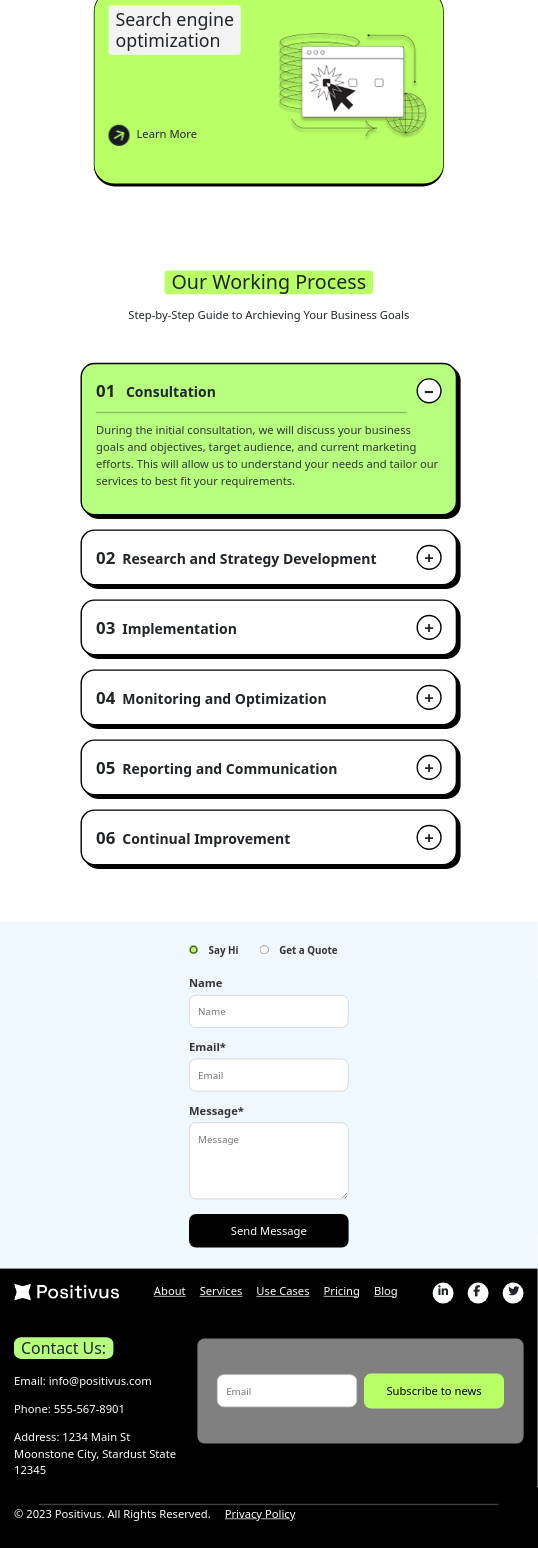
Repository: inshaabbas/CSS-Hackathon-SMIT
Page: index.html
An editor plug-in stored every save of this project. The page is shown before and after a run of saves, followed by the edit.
The browser window is 768 px wide. The pictures show the part of the page from y = 1506 to 3746 px (the page is 3718 px tall before and 3746 px after), at 70% of full size.
A picture or video elsewhere on the page could not be fetched, so the positions and the page height are approximate.

Above is the page before, as saved 2025-06-25 11:14:15.

### index.html
<!DOCTYPE html>
<html lang="en">
<head>
    <meta charset="UTF-8">
    <meta name="viewport" content="width=device-width, initial-scale=1.0">
    <title>CSS Hackathon</title>
    <!-- Bootstrap CDN -->
     <link href="https://cdn.jsdelivr.net/npm/bootstrap@5.3.7/dist/css/bootstrap.min.css" rel="stylesheet" integrity="sha384-LN+7fdVzj6u52u30Kp6M/trliBMCMKTyK833zpbD+pXdCLuTusPj697FH4R/5mcr" crossorigin="anonymous">
    <!-- Font Awesome CDN -->
     <link rel="stylesheet" href="https://cdnjs.cloudflare.com/ajax/libs/font-awesome/6.7.2/css/all.min.css" integrity="sha512-Evv84Mr4kqVGRNSgIGL/F/aIDqQb7xQ2vcrdIwxfjThSH8CSR7PBEakCr51Ck+w+/U6swU2Im1vVX0SVk9ABhg==" crossorigin="anonymous" referrerpolicy="no-referrer"/>
    <!-- External Style Sheet -->
     <link rel="stylesheet" href="./style.css">
</head>
<body>
    <!-- Header Section Starts -->
    <header class="container-xxl">
      <div class="fixed-top">
         <nav class="navbar navbar-expand-lg bg-body-tertiary">
  <div class="container-fluid">
    <a class="navbar-brand" href="#"><img src="./Assets/logo.png" alt="Logo" width="150px"></a>
    <button class="navbar-toggler" type="button" data-bs-toggle="collapse" data-bs-target="#navbarSupportedContent" aria-controls="navbarSupportedContent" aria-expanded="false" aria-label="Toggle navigation">
      <span class="navbar-toggler-icon"></span>
    </button>
    <div class="collapse navbar-collapse" id="navbarSupportedContent">
      <ul class="navbar-nav ms-auto me-3 gap-4 mb-2 mb-lg-0">
        <li class="nav-item">
          <a class="nav-link active" aria-current="page" href="#">Aboutus</a>
        </li>
        <li class="nav-item">
          <a class="nav-link active" href="#">Services</a>
        </li>
        <li class="nav-item">
          <a class="nav-link active" aria-disabled="true">User Cases</a>
        </li>
        <li class="nav-item">
          <a class="nav-link active" aria-current="page" href="#">Pricing</a>
        </li>
        <li class="nav-item">
          <a class="nav-link active" aria-current="page" href="#">Blog</a>
        </li>
      </ul>
        <button class="btn btn-outline-dark" type="submit">Request a Quote</button>
      </form>
    </div>
  </div>
</nav>
      </div>
    </header>
    <!-- Header Section Ends -->

    <!-- Hero Section Starts -->
     <section class="hero-sec container-xxl">
        <div class="hero-text">
            <h2>Navigating the digital landscape for success</h2>
            <p>Lorem ipsum dolor sit amet consectetur adipisicing elit. Nihil sapiente officia omnis rerum, vitae nesciunt ad obcaecati sint quam accusantium Lorem ipsum dolor sit amet consectetur adipisicing elit. Quaerat nobis quos soluta accusantium perspiciatis quas ducimus dicta accusamus eius, sint adipisci cum minima aliquam debitis expedita nam eos, consectetur quasi.</p>
            <button type="button" class="btn btn-dark">Book a consultation</button>
        </div>
        <div class="hero-img">
            <img src="./Assets/hero-sec-img.png" alt="Hero Section Img" width="450px" height="330px">
        </div>
     </section>
    <!-- Hero Section Ends -->

    <!-- Social Section Starts -->
     <section class="social-sec container-xxl">
       <img src="./Assets/Amazon.png" alt="Amazon">
       <img src="./Assets/Dribbble.png" alt="Dribbble">
       <img src="./Assets/Hubspot-icon-removebg-preview.png" alt="Hubspot">
       <img src="./Assets/Notion.png" alt="Notion">
       <img src="./Assets/Netflix.png" alt="Netflix" class="gray">
       <img src="./Assets/Zoom.png" alt="Zoom" class="gray">
     </section>
    <!-- Social Section Ends -->

    <!-- Service Section Starts -->
     <section class="service-sec container-xxl">
      <div class="service-head">
        <h2>Services</h2>
        <p>Lorem ipsum dolor sit amet consectetur adipisicing elit. Ad, aliquam assumenda. Perspiciatis necessitatibus ullam possimus illum consequatur dolores quasi ut.</p>
      </div>
      <div class="service-cards">
        <div class="service-card-1 hover-img">
          <div class="ser-card-1-text">
             <h3>Search engine <br> optimization</h3>
             <p><img src="./Assets/service-icon.png" alt="Service Icon" width="30px">Learn More</p>
          </div>
          <div class="ser-card-1-img">
            <img src="./Assets/Service-card-1img.png" alt="">
          </div>
        </div>
        <div class="service-card-2 hover-img">
          <div class="ser-card-2-text">
             <h3>Search engine <br> optimization</h3>
             <p><img src="./Assets/service-icon.png" alt="Service Icon" width="30px">Learn More</p>
          </div>
          <div class="ser-card-2-img">
            <img src="./Assets/Service-card-2-img.png" alt="">
          </div>
        </div>
      </div>
     </section>
    <!-- Service Section Ends -->

     <!-- Working section Starts -->
     <section class="working-section container-xxl">
      <div class="working-head">
        <h2>Our Working Process</h2>
        <p>Step-by-Step Guide to Archieving Your Business Goals</p>
      </div>
      <div class="faq-section">
  <details open>
    <summary><span><span class="number">01</span> Consultation</span> <span class="plus"></span></summary>
    <hr class="divider">
    <div class="faq-content">
      <p>During the initial consultation, we will discuss your business goals and objectives, target audience, and current marketing efforts. This will allow us to understand your needs and tailor our services to best fit your requirements.</p>
    </div>
  </details>

  <details>
    <summary><span><span class="number">02</span>Research and Strategy Development</span> <span class="plus"></span></summary>
    <hr class="divider">
    <div class="faq-content">
      We research your market and competitors to develop a custom strategy aligned with your business goals.
    </div>
  </details>

   <details>
    <summary><span><span class="number">03</span>Implementation</span> <span class="plus"></span></summary>
    <hr class="divider">
    <div class="faq-content">
      We research your market and competitors to develop a custom strategy aligned with your business goals.
    </div>
  </details>

   <details>
    <summary><span><span class="number">04</span>Monitoring and Optimization</span> <span class="plus"></span></summary>
    <hr class="divider">
    <div class="faq-content">
      We research your market and competitors to develop a custom strategy aligned with your business goals.
    </div>
  </details>

   <details>
    <summary><span><span class="number">05</span>Reporting and Communication</span> <span class="plus"></span></summary>
    <hr class="divider">
    <div class="faq-content">
      We research your market and competitors to develop a custom strategy aligned with your business goals.
    </div>
  </details>

   <details>
    <summary><span><span class="number">06</span>Continual Improvement</span> <span class="plus"></span></summary>
    <hr class="divider">
    <div class="faq-content">
      We research your market and competitors to develop a custom strategy aligned with your business goals.
    </div>
  </details>
      </div>
      </section>

    <!-- Working section Ends -->

     <!-- Contact section Starts -->
     <section class="contact-section container-xxl">
      <div class="contact-form">
        <form>
          <div class="radio-group">
            <label><input type="radio" name="purpose" checked>Say Hi</label>
            <label><input type="radio" name="purpose"> Get a Quote</label>
          </div>

          <div class="form-group">
            <label for="name">Name</label>
            <input type="text" id="name" name="name" placeholder="Name" required>
          </div>

          <div class="form-group">
            <label for="email">Email*</label>
            <input type="email" id="email" name="email" placeholder="Email" required>
          </div>

          <div class="form-group">
            <label for="message">Message*</label>
            <textarea id="message" name="message" placeholder="Message" rows="4" required></textarea>
          </div>

          <button type="submit" class="send-btn">Send Message</button>
        </form>
       </div>
      <div class="contact-image">
        <img src="./Assets/Contact-img.png" alt="Contact img" width="400px">
      </div>
     </section>

     <!-- Contact section End -->

     <!-- Footer section Starts -->

     <footer>
        <div class="top-footer">
            <div class="fot-logo">
                <img src="./Assets/Foooter-logo.png" alt="Footer logo" width="150px">
            </div>
            <div class="fot-links">
                <li><a href="#">About</a></li>
                <li><a href="#">Services</a></li>
                <li><a href="#">Use Cases</a></li>
                <li><a href="#">Pricing</a></li>
                <li><a href="#">Blog</a></li>
            </div>
            <div class="fot-icons">
                <div class="circle"><i class="fa-brands fa-linkedin-in"></i></div>
                <div class="circle"><i class="fa-brands fa-facebook-f"></i></div>
                <div class="circle"><i class="fa-brands fa-twitter"></i></div>
            </div>
        </div>

        <div class="fot-contact">
            <div class="fot-text">
                <h4>Contact Us:</h4>
                <p style="margin-top: 20px;">Email: info@positivus.com</p>
                <p>Phone: 555-567-8901</p>
                <p>Address: 1234 Main St <br> Moonstone City, Stardust State 12345</p>
            </div>
            <div class="fot-input">
                <input type="text" placeholder="Email">
                <button class="btn-sub">Subscribe to news</button>
            </div>
        </div>
        <hr>
        <div class="bot-foot">
            <p>© 2023 Positivus. All Rights Reserved.</p>
            <a href="#">Privacy Policy</a>
        </div>
     </footer>








<script src="https://cdn.jsdelivr.net/npm/@popperjs/core@2.11.8/dist/umd/popper.min.js" integrity="sha384-I7E8VVD/ismYTF4hNIPjVp/Zjvgyol6VFvRkX/vR+Vc4jQkC+hVqc2pM8ODewa9r" crossorigin="anonymous"></script>
<script src="https://cdn.jsdelivr.net/npm/bootstrap@5.3.7/dist/js/bootstrap.min.js" integrity="sha384-7qAoOXltbVP82dhxHAUje59V5r2YsVfBafyUDxEdApLPmcdhBPg1DKg1ERo0BZlK" crossorigin="anonymous"></script>
</body>
</html>

### style.css
.hover-img{
    transition: transform 0.3s ease;
}

.hover-img:hover{
    transform: scale(1.1);
}

.hero-sec{
    display: flex;
    justify-content: space-around;
    align-items: center;
    padding: 20px;
    height: 500px;
    padding-top: 80px;
}

.hero-text{
    width: 50%;
}

.hero-text h2{
    font-size: 35px;
    font-weight: bold;
}

@media screen and (max-width: 1010px) {
    .hero-img img{
        width: 350px;
        height: 300px;
    }
    .hero-sec{
        height: auto;
    }
}

@media screen and (max-width: 800px){
    .hero-sec{
        flex-direction: column;
        gap: 50px;
    }

    .hero-text{
    width: 100%;
}

.hero-img img{
    width: 300px;
    height: 250px;
}
}

/* Hero Section End */

/* Social Section Starts */
.social-sec{
    height: auto;
    display: flex;
    justify-content: center;
    align-items: center;
    gap: 40px;
    flex-wrap: wrap;
    padding: 20px;
    margin-top: 40px;
}

.social-sec img{
    width: 120px;
}

.gray{
    filter: grayscale(100%);
}

/* Social Section Ends */


/* Service Section Starts */

.service-sec{
    height: auto;
    margin-top: 40px;
    padding: 40px 10px;
}

.service-head{
    display: flex;
    margin-left: 100px;
    gap: 30px;
}

.service-head h2{
    background-color: #b9ff66;
    padding: 0px 10px;
    border-radius: 5px;
    font-size: 40px;
}

.service-head p{
    width: 600px;
}

.service-cards{
    padding-top: 40px;
    display: flex;
    justify-content: center;
    align-items: center;
    flex-wrap: wrap;
    gap: 40px;
    padding: 20px;
}

/* Card 1  */
.service-card-1{
    display: flex;
    justify-content: space-between;
    width: 500px;
    height: 280px;
    background-color: #f3f3f3;
    border-radius: 30px;
    padding: 20px;
    border-bottom: black solid 4px;
    border-top: black solid 1px;
    border-left: black solid 1px;
    border-right: black solid 1px;
}

.service-card-1 p img{
    margin-right: 10px;
}

.service-card-1 p{
    margin-top: 100px;
}

.ser-card-1-img{
    display: flex;
    justify-content: center;
    align-items: center;
}

.ser-card-1-text h3{
    background-color: #b9ff66;
    padding: 5px 10px;
    border-radius: 5px;
}

/* Card 2 */

.service-card-2{
    display: flex;
    justify-content: space-between;
    width: 500px;
    height: 280px;
    background-color: #b9ff66;
    border-radius: 30px;
    padding: 20px;
    border-bottom: black solid 4px;
    border-top: black solid 1px;
    border-left: black solid 1px;
    border-right: black solid 1px;
}

.service-card-2 p img{
    margin-right: 10px;
}

.service-card-2 p{
    margin-top: 100px;
}

.ser-card-2-img{
    display: flex;
    justify-content: center;
    align-items: center;
}

.ser-card-2-text h3{
    background-color: #f3f3f3;
    padding: 5px 10px;
    border-radius: 5px;
}

@media screen and (max-width: 865px){
    .service-head{
        flex-direction: column;
        justify-content: center;
        align-items: center;
        text-align: center;
        margin-left: 0px;
        gap: 10px;
    }

    .service-head p{
        width: 100%;
    }
}

@media screen and (max-width: 500px){
    .service-head p{
        font-size: 13px;
    }

    .service-card-2{
        height: 230px;
    }
    .ser-card-2-img img{
        width: 180px;
    }

    .ser-card-2-text h3{
        font-size: 20px;
    }

    .ser-card-2-text p{
        font-size: 13px;
    }

    .service-card-1{
        height: 230px;
    }
    .ser-card-1-img img{
        width: 180px;
    }

    .ser-card-1-text h3{
        font-size: 20px;
    }

    .ser-card-1-text p{
        font-size: 15px;
    }
}

    @media screen and (max-width: 440px){
    .service-head p{
        font-size: 10px;
    }

    .ser-card-2-img img{
        width: 120px;
    }

    .ser-card-2-text h3{
        font-size: 14px;
    }

    .ser-card-2-text p{
        font-size: 12px;
    }

    .ser-card-1-img img{
        width: 120px;
    }

    .ser-card-1-text h3{
        font-size: 14px;
    }

    .ser-card-1-text p{
        font-size: 12px;
    }
}

/* Service Section Ends*/

/* Working Section Starts */

.working-section{
    height: auto;
    margin-top: 20px;
    padding: 40px 10px;
}

.working-head{
    display: flex;
    align-items: center;
    margin-left: 100px;
    gap: 30px;
}

.working-head h2{
    background-color: #b9ff66;
    padding: 0px 10px;
    border-radius: 5px;
}

.working-head p{
    width: 100%;
    max-width: 600px;
}

.faq-section{
    display: flex;
    flex-direction: column;
    justify-content: center;
    align-items: center;
    margin-top: 40px;
    padding: 0px 10px;
}

details {
      border: 2px solid #000;
      border-radius: 20px;
      margin-bottom: 20px;
      padding: 20px;
      box-shadow: 5px 5px 0 #000;
      background-color: #fff;
      transition: all 0.3s ease;
      width: 70vw;
    }

    details[open] {
      background-color: #b6ff7f;
    }

    summary {
      list-style: none;
      cursor: pointer;
      font-weight: bold;
      font-size: 20px;
      display: flex;
      justify-content: space-between;
      align-items: center;
    }

    summary::-webkit-details-marker {
      display: none;
    }

    .number {
      font-size: 24px;
      margin-right: 10px;
    }

    .plus::after {
      content: "+";
      font-size: 24px;
      width: 36px;
      height: 36px;
      display: inline-flex;
      align-items: center;
      justify-content: center;
      border: 2px solid #000;
      border-radius: 50%;
      background: #fff;
    }

    details[open] .plus::after {
      content: "−";
    }

    .faq-content {
      margin-top: 10px;
      font-size: 16px;
      line-height: 1.5;
      color: #333;
    }

    .divider {
      display: none;
      border: none;
      border-top: 2px solid #000;
      margin: 12px 0;
    }

    details[open] .divider {
      display: block;
    }

    details[open] .faq-content {
      display: block;
    }


@media screen and (max-width: 1084px){
    .working-head{
        flex-direction: column;
        justify-content: center;
        align-items: center;
        text-align: center;
        gap: 10px;
        margin-left: 0px;
    }
}

@media screen and (max-width: 700px){
    summary span{
        font-size: 16px;
    }

    .number{
        font-size: 16px;
    }

    .plus::after{
        font-size: 20px;
        width: 25px;
        height: 25px;
    }

    details{
        width: 90vw;
    }
}

@media screen and (max-width: 420px){
    summary span{
        font-size: 13px;
    }

    .number{
        font-size: 14px;
    }
}
/* Working Section Ends */

/* Contact Section Starts */

.contact-section{
    display: flex;
    justify-content: space-between;
    height: auto;
    background-color: aliceblue;
    margin-top: 20px;
    padding: 60px 0px 40px 20px
}

.contact-form{
    width: 100%;
    margin-left: 40px;
}

.radio-group {
  display: flex;
  gap: 30px;
  margin-bottom: 20px;
  font-size: 14px;
}

.radio-group label{
  display: flex;
  align-items: center;
  gap: 15px;
  font-size: 14px;
  color: #333;
  cursor: pointer;
  /* width: 100px; */
  white-space: nowrap
}


input[type="radio"] {
  accent-color: #b9ff66;
}

.form-group {
  margin-bottom: 15px;
}

label {
  display: block;
  margin-bottom: 5px;
  font-weight: bold;
  color: #333;
}

input,
textarea {
  width: 100%;
  max-width: 500px;
  padding: 12px;
  font-size: 14px;
  border: 1px solid #ccc;
  border-radius: 10px;
  box-sizing: border-box;
}

.send-btn{
  background-color: #000;
  color: #fff;
  border: none;
  padding: 12px;
  width: 100%;
  max-width: 500px;
  border-radius: 10px;
  font-size: 16px;
  cursor: pointer;
  transition: background-color 0.3s;
}

.send-btn:hover {
  background-color: #333;
}

.contact-image {
  flex: 1;
  text-align: right;
  min-width: 300px;
  overflow-x: hidden;
}

@media screen and (max-width: 890px){
    .contact-image img {
        display: none;
    }

    .contact-section {
        flex-direction: column;
        align-items: center;
        padding: 30px 20px;
    }

    .contact-form {
        margin-left: 0;
        width: 100%;
        display: flex;
        flex-direction: column;
        align-items: center;
    }

    .form-group,
    input,
    textarea,
    .send-btn {
        width: 100%;
        max-width: 600px;
    }
}

/* Contact Section Ends*/

footer{
    height: 400px;
    background-color: #000;
    padding: 20px;
}

.top-footer{
    display: flex;
    justify-content: space-between;
}

.fot-links{
    display: flex;
    gap: 20px;
}

.fot-links li{
    list-style: none;
}

.fot-links li a{
    color: white;
    text-decoration: underline;
}

.fot-icons{
    display: flex;
    gap: 20px;
}

.fot-icons .circle{
    width: 30px;
    height: 30px;
    background-color: white;
    border-radius: 50%;
}

.fot-icons .circle i{
    margin-left: 8px;
}

.fot-contact{
    display: flex;
    justify-content: space-between;
    margin-top: 50px;
}

.fot-text h4{
    background-color: #b6ff7f;
    display: inline;
    border-radius: 10px;
    padding: 0px 10px;
}

.fot-text p{
    color: white;
}

.fot-input{
    display: flex;
    justify-content: center;
    align-items: center;
    gap: 10px;
    background-color: gray;
    width: 500px;
    height: 150px;
    border-radius: 10px;
}

.fot-input input{
    max-width: 200px;
    width: 100%;
}

.btn-sub{
    max-width: 200px;
    width: 100%;
    height: 50px;
    border-radius: 10px;
    border: none;
    background-color: #b9ff66;
}

hr{
    width: 90%;
    color: gray;
    border: 1px white solid;
    margin: 0 auto;
    margin-top: 20px;
}

.bot-foot{
    display: flex;
    gap: 20px;
}

.bot-foot p{
    color: white;
}

.bot-foot a{
    color: white;
}

@media screen and (max-width: 885px){

}

After the next 3 saves:
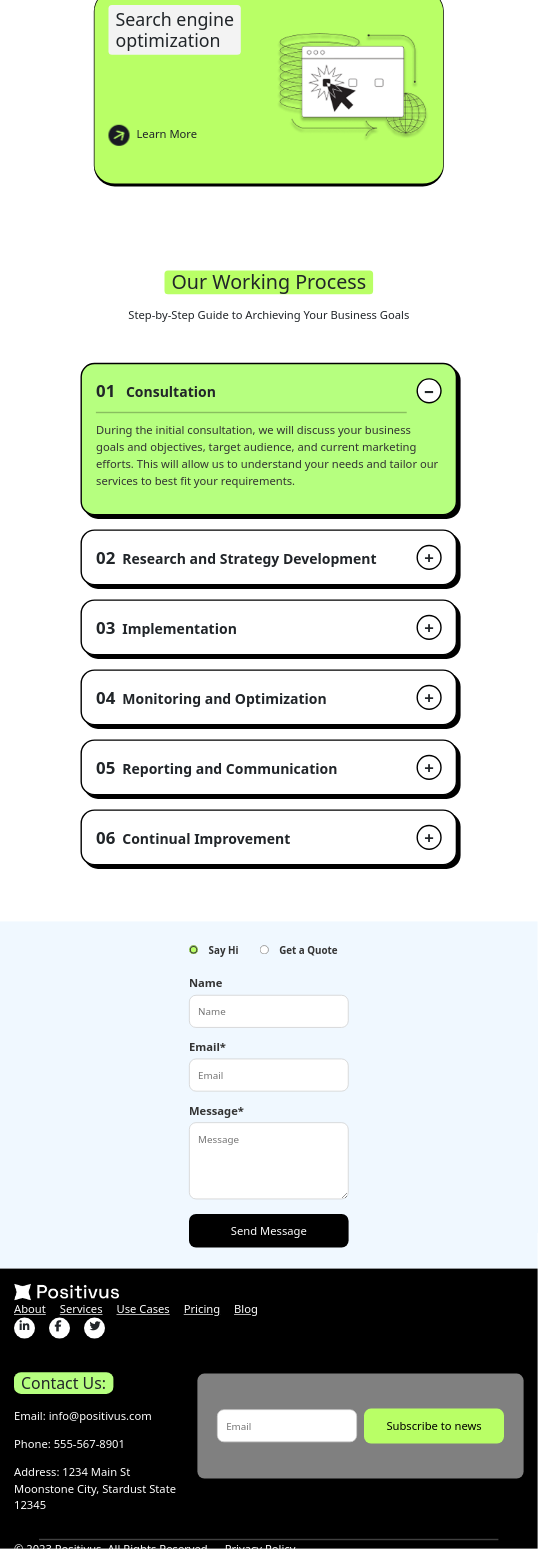
The 3 saves are shown as one change because they came seconds apart.
The last was saved 20 s later.
--- a/style.css
+++ b/style.css
@@ -635,5 +635,7 @@ hr{
 }
 
 @media screen and (max-width: 885px){
-
-}
+    .top-footer{
+        flex-direction: column;
+    }
+}
